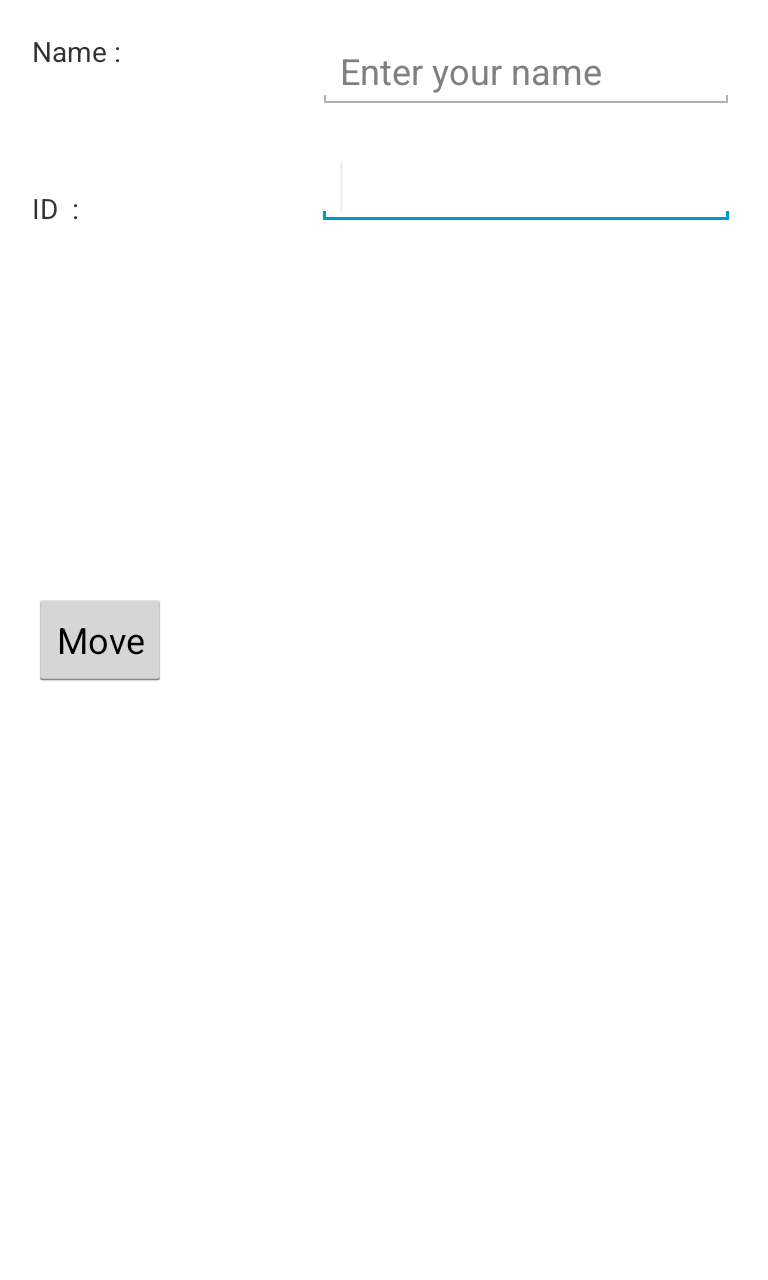
Repository: suzauddola/Android_Apps
Layout: Source/bundle/bandle/res/layout/first.xml
These files come from the project's save history. The layout is drawn as it stood at one moment and after the next save; the edit follows.
It is drawn on a 768 x 1280 px phone screen (xhdpi) without system bars, with theme AppTheme; the app's code is not run.

Above is the layout before, as saved 2013-09-05 02:10:45.

After the next save:
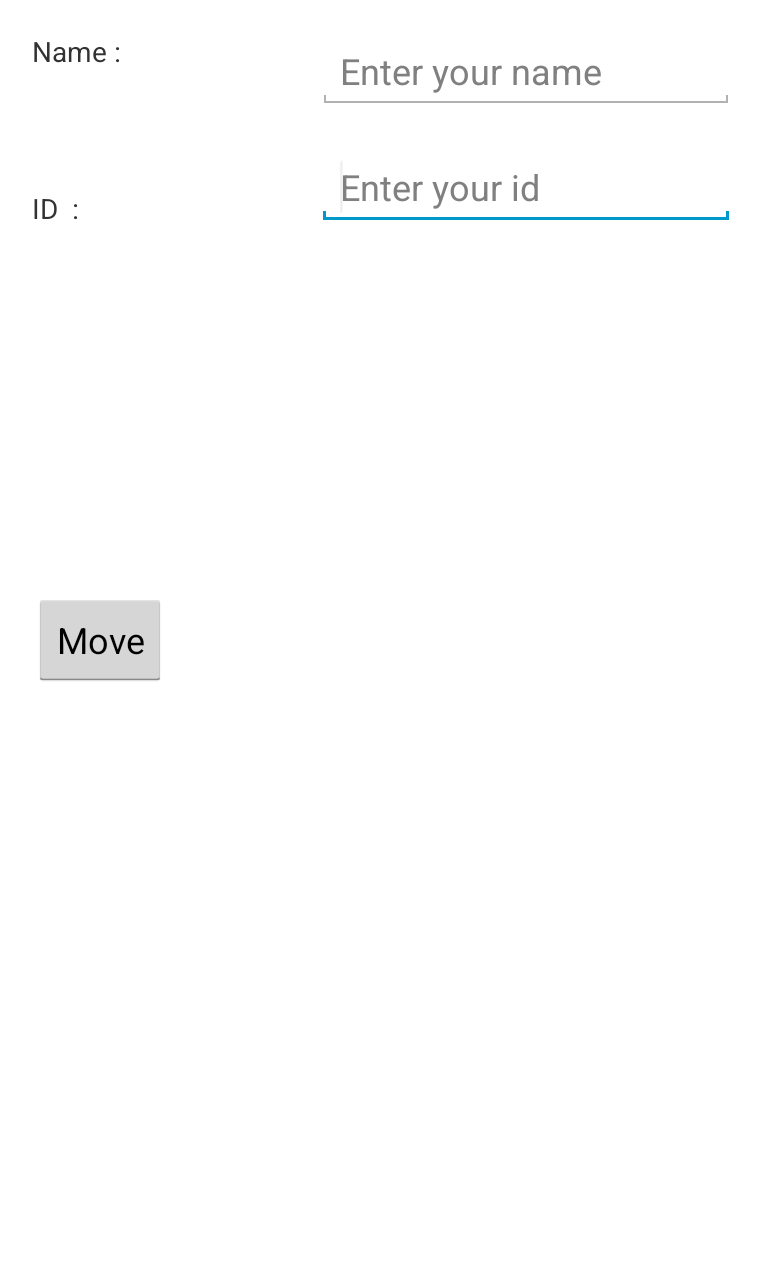
Saved 27 s later.
--- a/Source/bundle/bandle/res/layout/first.xml
+++ b/Source/bundle/bandle/res/layout/first.xml
@@ -45,7 +45,8 @@
         android:layout_height="wrap_content"
         android:layout_alignBottom="@+id/tvID"
         android:layout_alignLeft="@+id/name1"
-        android:ems="10" >
+        android:ems="10"
+        android:hint="Enter your id">
 
         <requestFocus />
     </EditText>
